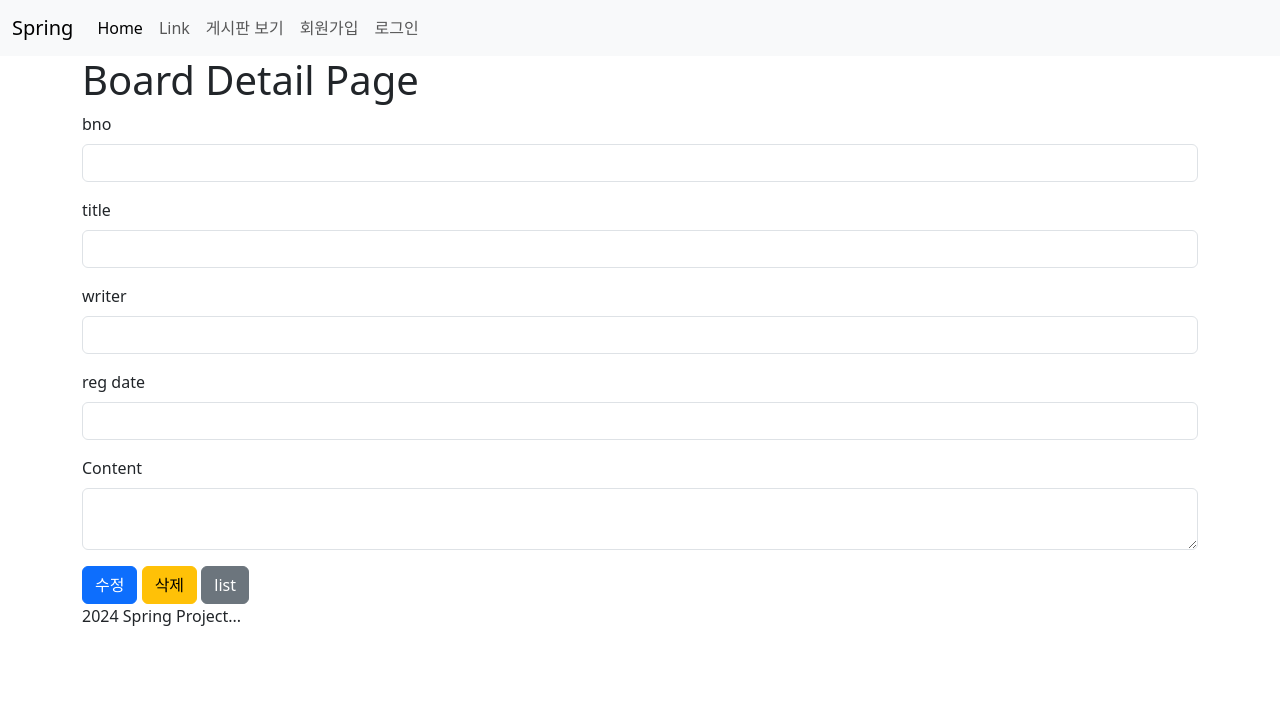
Repository: gajami-kim/240430_Spring_Study
Page: http://localhost/spring_study/WEB-INF/views/board/detail.jsp
These files come from the project's save history. The page is drawn as it stood at one moment and after the next save; the edit follows.
The browser window is 1280 px wide. The pictures show the whole page.
The page is served by Tomcat 9. Nobody is signed in. The template is opened directly, without the code that normally fills it, so the values that code supplies are empty.

Above is the page before, as saved 2024-04-26 02:37:03.

After the next save:
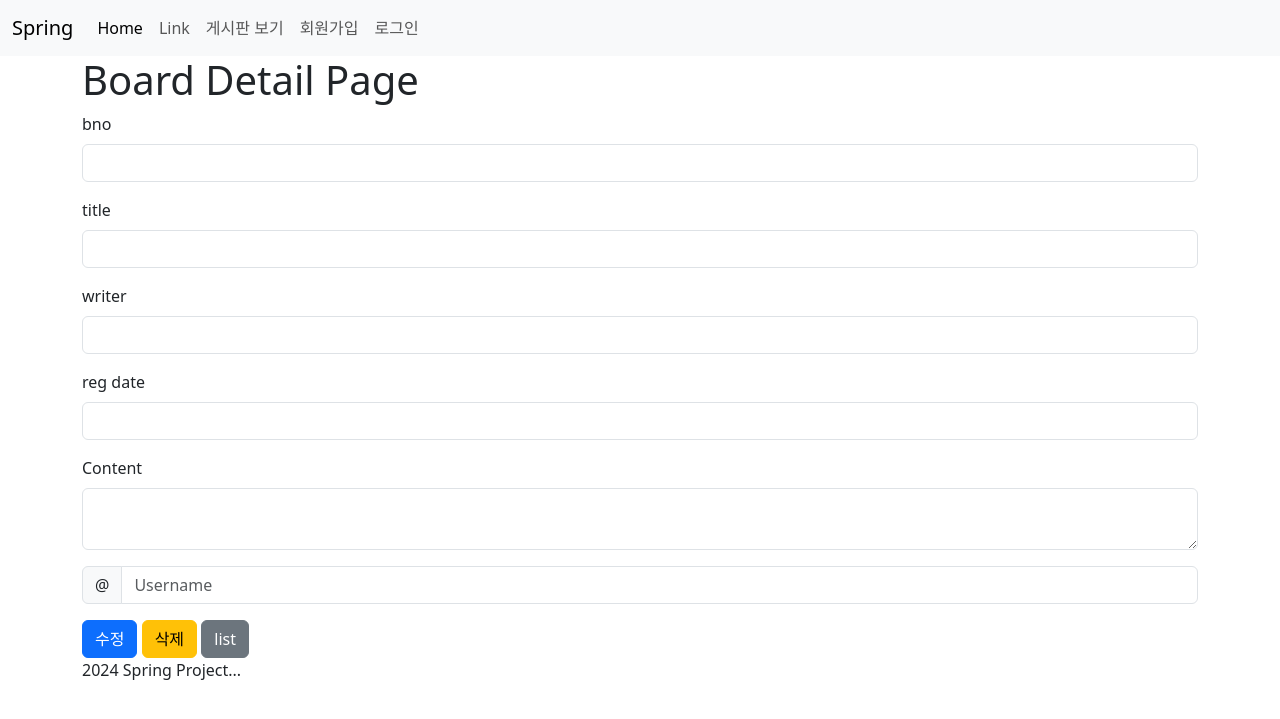
Saved 4 min 11 s later.
--- a/spring_study/src/main/webapp/WEB-INF/views/board/detail.jsp
+++ b/spring_study/src/main/webapp/WEB-INF/views/board/detail.jsp
@@ -25,6 +25,16 @@
 	  <label for="c" class="form-label">Content</label>
 	  <textarea class="form-control" name="content" id="c" aria-label="With textarea" readonly="readonly">${bvo.content }</textarea>
 	</div>
+
+	<!-- Comment Line -->
+	<!-- 댓글 등록 라인 -->
+	<div class="input-group mb-3">
+	  <span class="input-group-text" id="basic-addon1">@</span>
+	  <input type="text" class="form-control" placeholder="Username" aria-label="Username" aria-describedby="basic-addon1">
+	</div>
+
+	<!-- 댓글 출력 라인 -->
+
 	<c:if test="${ses.id eq bvo.writer }">
 		<a href="/board/modify?bno=${bvo.bno }"><button type="button" class="btn btn-primary">수정</button></a>
 		<a href="/board/remove?bno=${bvo.bno }"><button type="button" class="btn btn-warning">삭제</button></a>
